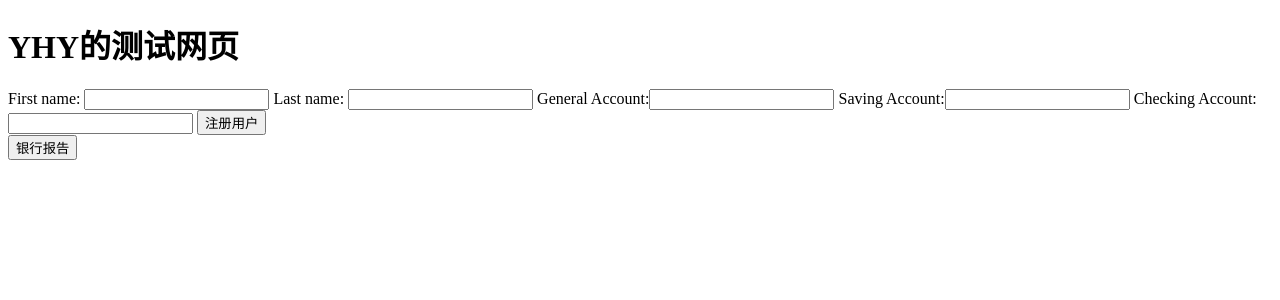
Repository: Darkmoon1/Bank-java-
Page: Bank/myBank/WebContent/home.html
These files come from the project's save history. The page is drawn as it stood at one moment and after the next save; the edit follows.
The browser window is 1280 px wide. The pictures show the whole page.

Above is the page before, as saved 2017-07-13 17:51:45.

After the next save:
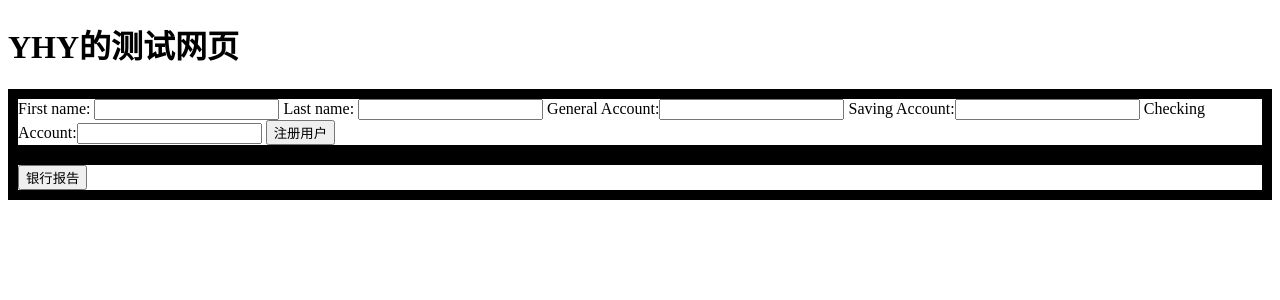
Saved 2 min 49 s later.
--- a/Bank/myBank/WebContent/home.html
+++ b/Bank/myBank/WebContent/home.html
@@ -9,7 +9,7 @@
     <script type="text/javascript" src="js/test.js"></script>
     <style type="text/css">
     div{
-    	border: 10px,black;
+    	border: 10px solid black;
     }
 
 
